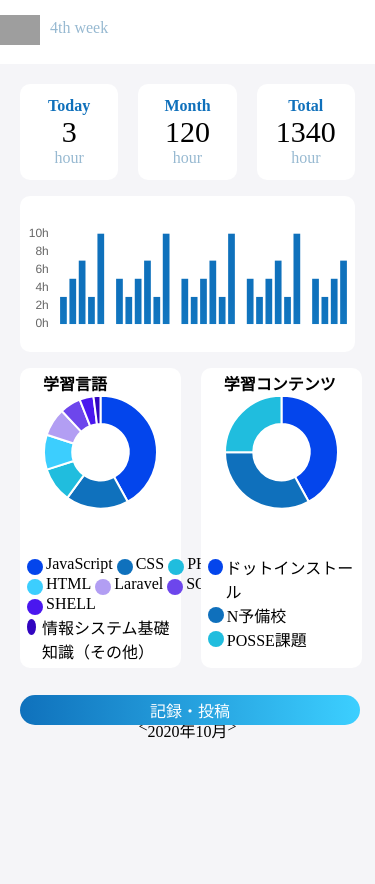
Repository: posse-ap/gen2.0-kamibayasitaito
Page: app/app.html
An editor plug-in stored every save of this project. The page is shown before and after the next save, followed by the edit.
The browser window is 375 px wide. The pictures show the whole page.
Pictures or frames that could not be fetched are drawn as grey boxes. Some web libraries are served in a nearby version.

Above is the page before, as saved 2021-11-27 03:58:51.

After the next save:
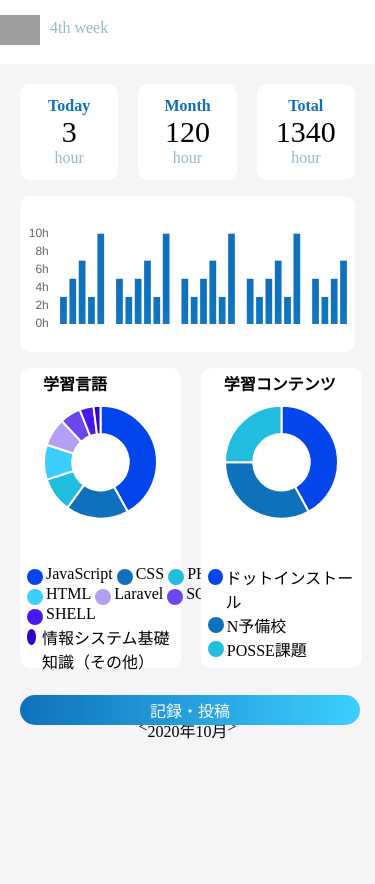
Saved 5 s later.
--- a/app/app_smartphone.css
+++ b/app/app_smartphone.css
@@ -186,7 +186,7 @@
             height: 200px;
             overflow: hidden;
             margin:20px;
-            margin-top: -60px;
+            margin-top: -50px;
         }
 
         .study_language_display{
